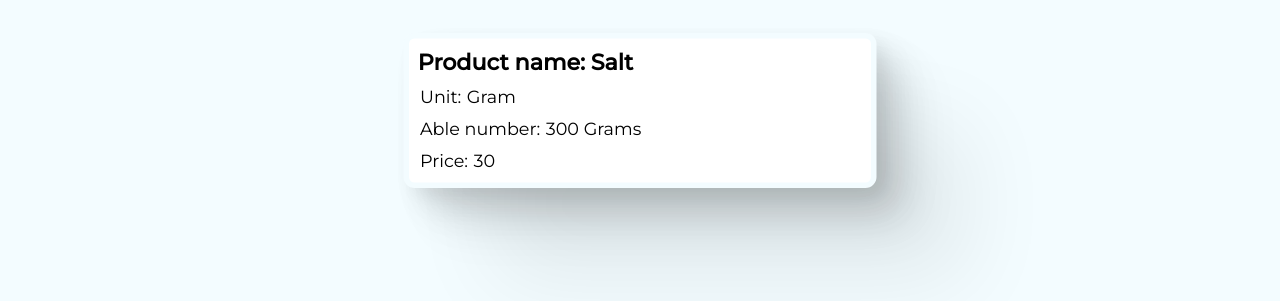
Repository: OlexandraKovach2/Vue
Page: / (app in vuexam/brila-exam/)
These files come from the project's save history. The page is drawn as it stood at one moment and after the next save; the edit follows.
The browser window is 1280 px wide. The pictures show the whole page.
The pointer rests on the first visible `.info-row`.
The project was rebuilt for these pictures with package versions that can differ from the ones it lists, and the page was loaded fresh each time. Also part of the build but not shown: vuexam/brila-exam/vue.config.js.

Above is the page before, as saved 2022-11-08 21:57:42.

### vuexam/brila-exam/public/index.html
<!DOCTYPE html>
<html lang="">
  <head>
    <meta charset="utf-8">
    <meta http-equiv="X-UA-Compatible" content="IE=edge">
    <meta name="viewport" content="width=device-width,initial-scale=1.0">
    <link rel="icon" href="<%= BASE_URL %>favicon.ico">
    <title><%= htmlWebpackPlugin.options.title %></title>
  </head>
  <body>
    <noscript>
      <strong>We're sorry but <%= htmlWebpackPlugin.options.title %> doesn't work properly without JavaScript enabled. Please enable it to continue.</strong>
    </noscript>
    <div id="app"></div>
    <!-- built files will be auto injected -->
  </body>
</html>

<style>

  *{
    padding: 0px;
    margin: 0px;
  }
  body{
    background-color: rgb(243, 252, 255);
  }

</style>

### vuexam/brila-exam/src/main.js
import { createApp } from 'vue'
import App from './App.vue'
import store from '@/store'

createApp(App).use(store).mount('#app')

### vuexam/brila-exam/src/App.vue
<template>
  <div>
    <ObjectTable :listData="list"/>
  </div>
</template>

<script>
  import { mapGetters } from 'vuex';
  import ObjectTable from "./components/ObjectTable";
  export default {
    name: "App",
    components: {
      ObjectTable,
    },
    computed: {
      ...mapGetters(['list']),
    },
  }
</script>

<style lang="scss" scoped>
@import url('https://fonts.googleapis.com/css2?family=Montserrat:wght@100;200;300;400;500&display=swap');
*{
  font-family: 'Montserrat', sans-serif;
}
</style>

### vuexam/brila-exam/src/store/index.js
import {createStore} from 'vuex'

const store = createStore({
    state: {
        list: [
            {
                id: 1,
                name: "Salt",
                unit: "Gram",
                count: "300",
                cost: 30
            }
        ]
    },
    getters: {
        list: state => {
            return state.list;
        }
    },
});

export default store;

### vuexam/brila-exam/src/components/ObjectTable/index.vue
<template>
    <div class="objectTable">
        <div class="object">
        <ObjectBase v-for="item in listData"
        :key="item.id"
        :id="item.id"
        :name="item.name"
        :unit="item.unit"
        :count="item.count"
        :cost="item.cost"
        />
        </div>
    </div>
</template>

<script>
    import ObjectBase from "./ObjectBase.vue"
    export default {
        name: "ObjectTable",
        components: {
            ObjectBase,
        },
        props: {
            listData: {
                type: Array,
                default: () => []
            },
        },
    }
</script>

<style lang="scss" scoped>
.object{
    display: flex;
    flex-direction: column;
    margin-top: 40px;
}
.objectTable{
    display: flex;
    justify-content: center;
}
</style>

### vuexam/brila-exam/src/components/ObjectTable/ObjectBase.vue
<template>
    <div class="ObjectCard">
        <div class="info-row name">
            <div>Product name: </div>
            <div>{{name}}</div>
        </div>
        <div class="info-row">
            <div>Unit: </div>
            <div>{{unit}}</div>
        </div>
        <div class="info-row">
            <div>Able number: </div>
            <div>{{count}} {{unit}}s</div>
        </div>
        <div class="info-row">
            <div>Price: </div>
            <div>{{cost}}</div>
        </div>
    </div>
</template>

<script>
    import { mapGetters } from 'vuex'
    export default {
        name: "ObjectBase",
        computed: {
        ...mapGetters(['list']),
        },
        props: {
            id: {
                type: Number,
                default: 0
            },
            name: {
                type: String,
                default: "None name"
            },
            unit: {
                type: String,
                default: "kilo"
            },
            count: {
                type: Number,
                default: 1
            },
            cost: {
                type: Number,
                default: 10
            }
        },
    }
</script>

<style lang="scss" scoped>
.ObjectCard{
    background-color: white;
    width: 400px;
    border-radius: 10px;
    border: 5px solid rgb(243, 252, 255);
    box-shadow:
  6.6px 6.7px 13.7px rgba(0, 0, 0, 0.04),
  12.9px 13.2px 25.3px rgba(0, 0, 0, 0.053),
  19.2px 19.6px 34.3px rgba(0, 0, 0, 0.057),
  25.9px 26.5px 40.9px rgba(0, 0, 0, 0.057),
  35.7px 36.6px 47.2px rgba(0, 0, 0, 0.057),
  82px 84px 80px rgba(0, 0, 0, 0.07);
  display: flex;
  flex-direction: column;
  gap: 10px;
  padding: 10px;
  transition: 0.3s;
}
.ObjectCard:hover{
    scale: 1.1;
}
.info-row{
    display: flex;
    gap: 5px;
    transition: 0.3s;
}
.info-row:hover{
    scale: 1.01;
}
.name{
    font-size: 20px;
    font-weight: 600;
}
</style>

After the next save:
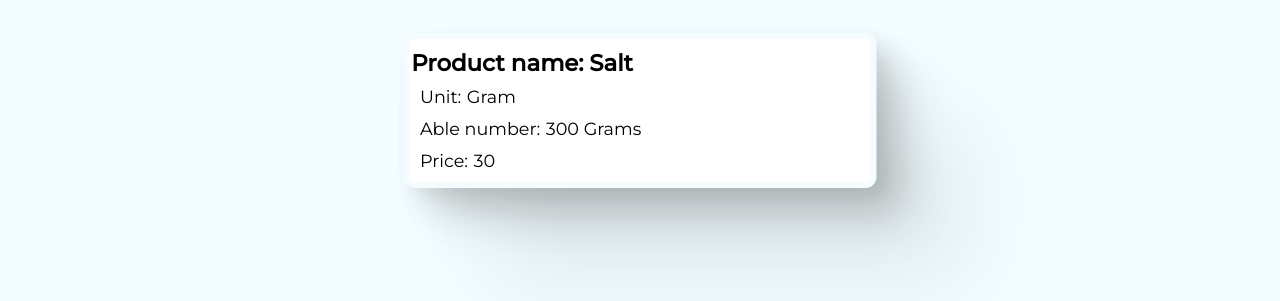
Saved 11 s later.
--- a/vuexam/brila-exam/src/components/ObjectTable/ObjectBase.vue
+++ b/vuexam/brila-exam/src/components/ObjectTable/ObjectBase.vue
@@ -79,7 +79,7 @@
     transition: 0.3s;
 }
 .info-row:hover{
-    scale: 1.01;
+    scale: 1.04;
 }
 .name{
     font-size: 20px;
